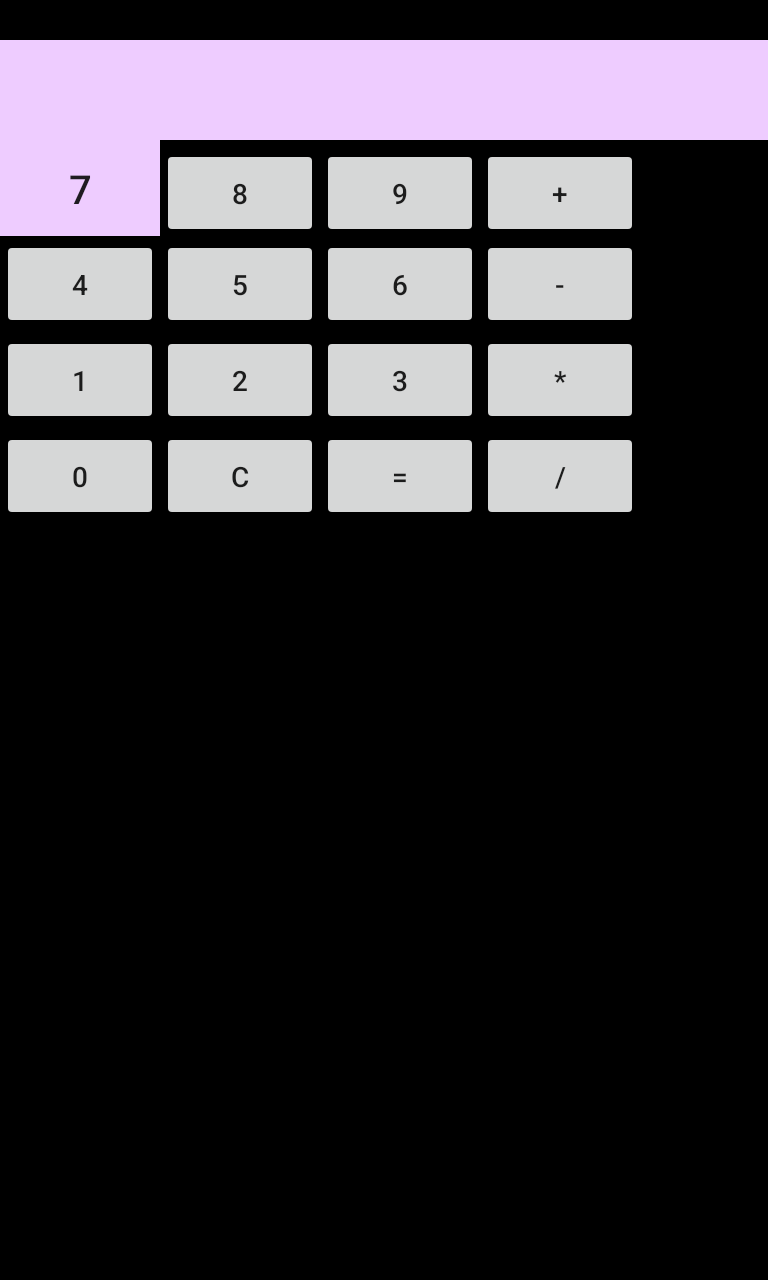
Repository: A207/guanjingjing
Layout: project/calculator_gjj/res/layout/activity_main.xml
The author's editor kept a copy of each file at every save. The layout is drawn from the files as they stood at one save, then again after the next save.
It is drawn on a 768 x 1280 px phone screen (xhdpi) without system bars, with theme AppTheme; the app's code is not run.

Above is the layout before, as saved 2015-07-16 01:53:51.

After the next save:
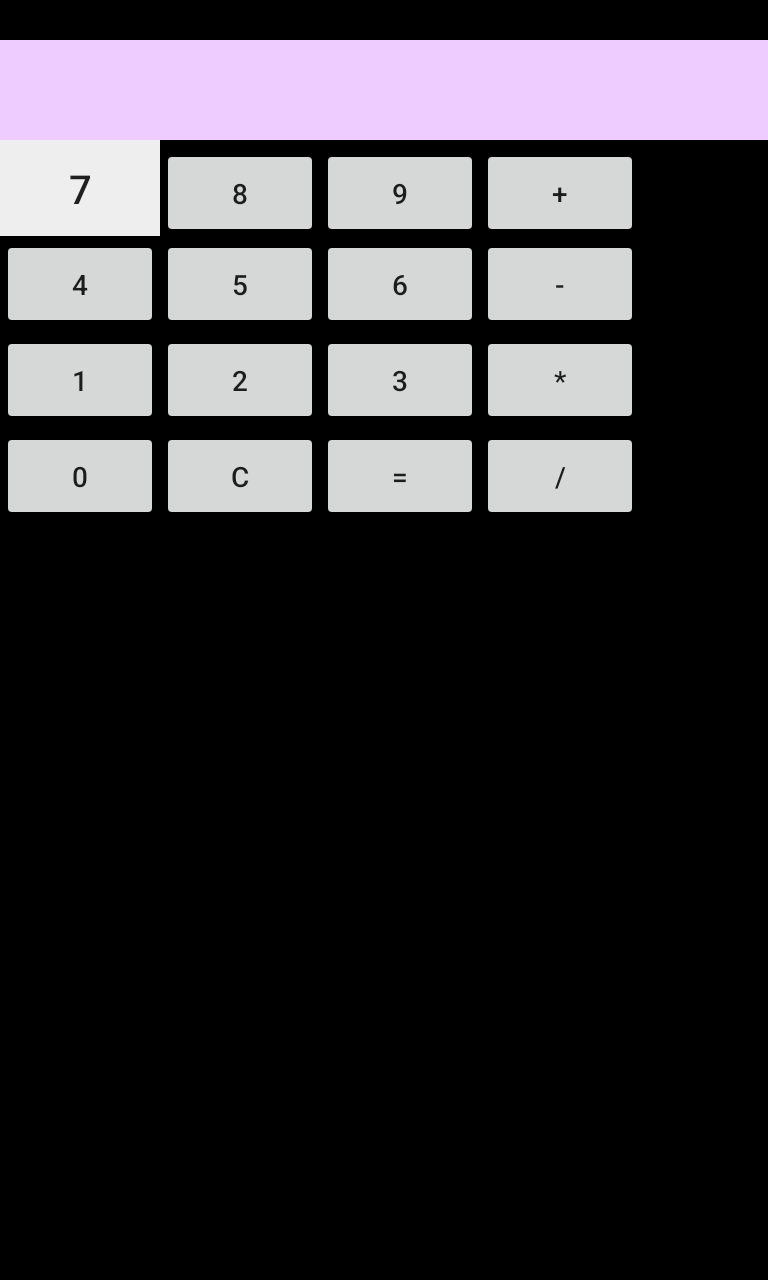
Saved 23 s later.
--- a/project/calculator_gjj/res/layout/activity_main.xml
+++ b/project/calculator_gjj/res/layout/activity_main.xml
@@ -29,7 +29,7 @@
             android:id="@+id/btn_calc_07"
             android:layout_width="80dip"
             android:layout_height="wrap_content"
-            android:background="#eeccff"
+            android:background="#eee"
             android:textSize="20sp"
             android:text="7" />
 
